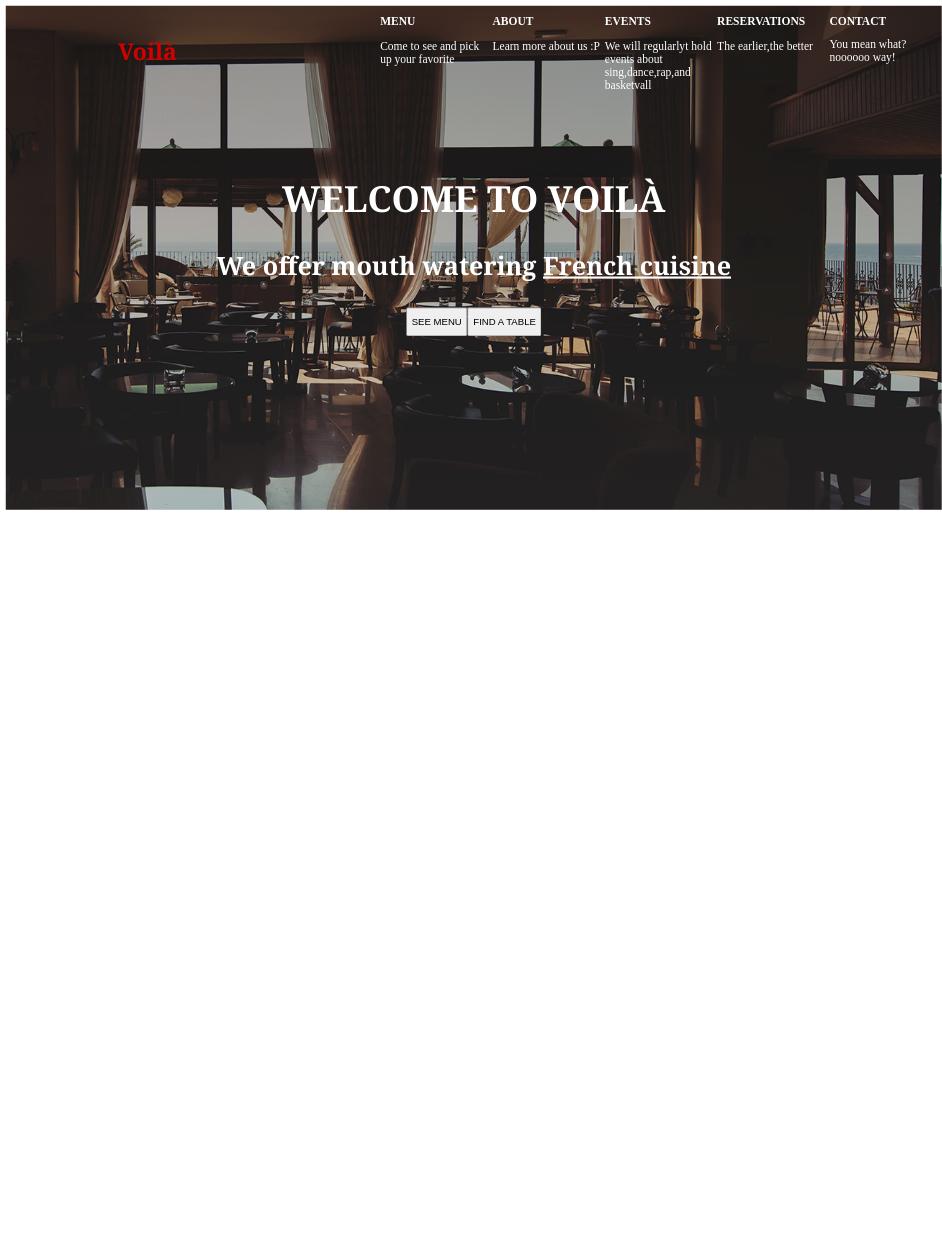
Repository: sis-shen/HTML_vsc
Page: adc_v2/index.html
An editor plug-in stored every save of this project. The page is shown before and after the next save, followed by the edit.
The browser window is 1280 px wide. The page is 1308 px wide, so the pictures cover 1308 px, including what lies to the right of the window. The pictures show the whole page, at 72% of full size.

Above is the page before, as saved 2023-08-14 08:42:26.

After the next save:
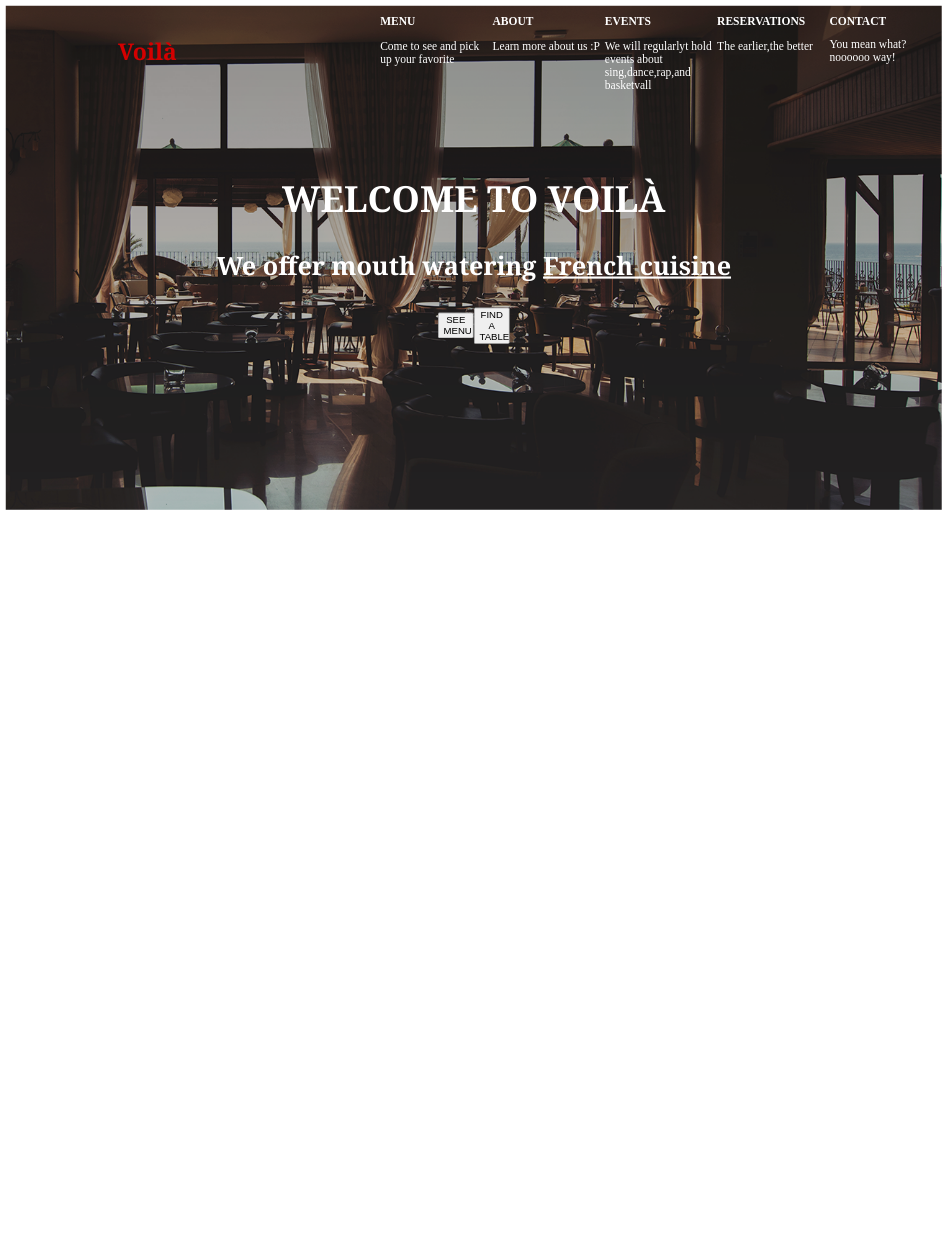
Saved 23 s later.
--- a/adc_v2/style.css
+++ b/adc_v2/style.css
@@ -73,5 +73,5 @@
 }
 
 .button-box button{
-    block-size: 40px;
+    width: 50px;
 }
